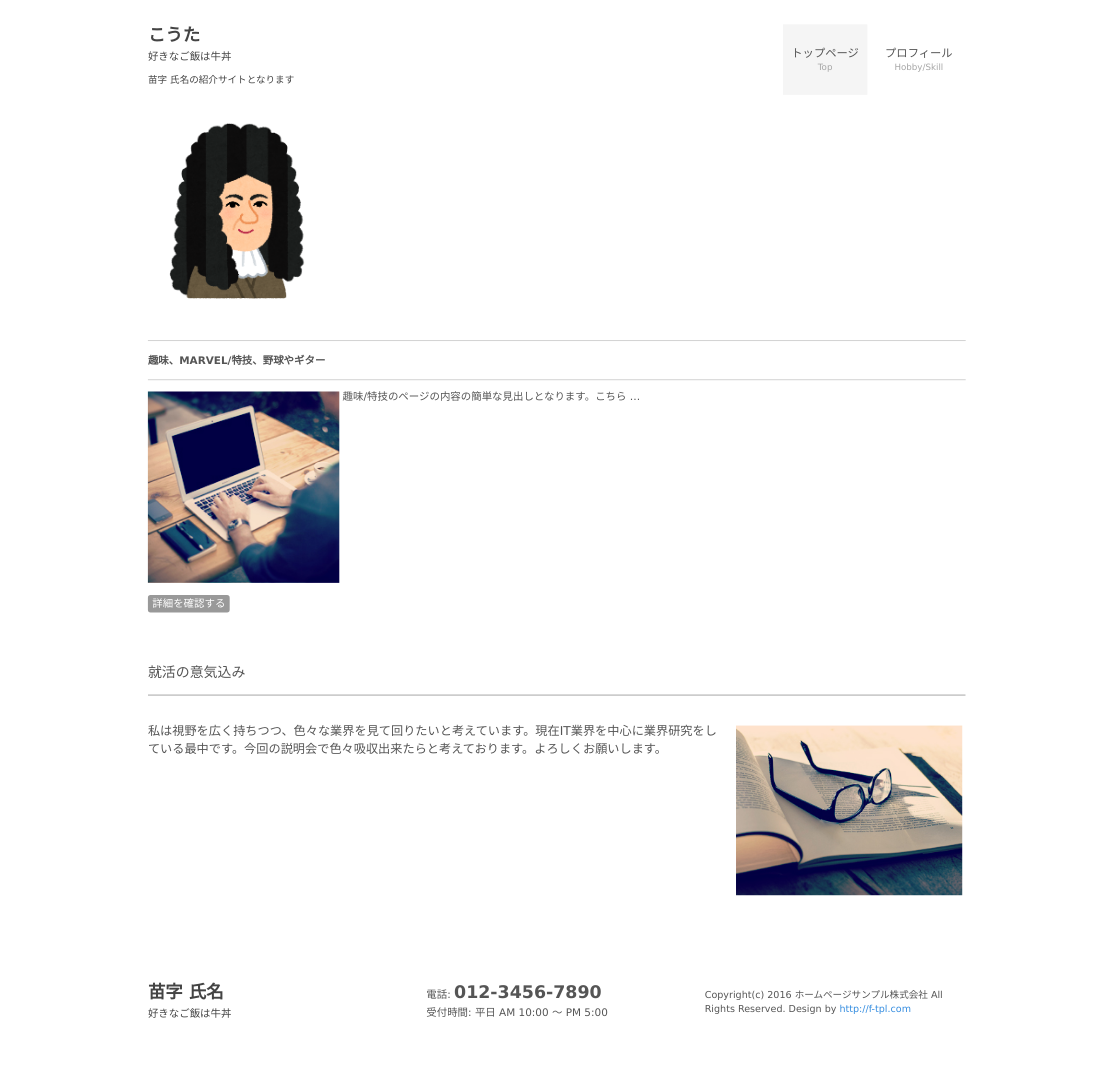
Repository: koutagaim/selfintroduction
Page: index.html
An editor plug-in stored every save of this project. The page is shown before and after the next save, followed by the edit.
The browser window is 1280 px wide. The pictures show the whole page, at 87% of full size.
Some web libraries are served in a nearby version.

Above is the page before, as saved 2022-02-21 17:53:19.

### index.html
<!DOCTYPE html>
<html lang="ja">

<head>
	<meta charset="UTF-8">
	<meta name="viewport" content="width=device-width, user-scalable=yes, maximum-scale=1.0, minimum-scale=1.0">
	<meta name="description" content="苗字氏名の紹介サイトです">
	<title>My Page</title>
	<link rel="profile" href="http://gmpg.org/xfn/11">
	<link rel="stylesheet" type="text/css" media="all" href="style.css">
	<script src="https://ajax.googleapis.com/ajax/libs/jquery/1.4.4/jquery.min.js"></script>
	<script>
		//メニューの展開を操作する為のJavaScript
        $(function(){$("nav div.panel").hide();$(".menu").click(function(){$(this).toggleClass("menuOpen").next().slideToggle();});})
	</script>
</head>

<body>

	<header id="header" role="banner">
		<div class="inner">
			<div class="logo">
				<a href="index.html" title="苗字氏名の紹介サイト" rel="home">こうた<br /><span>好きなご飯は牛丼</span></a>
				<h1>苗字 氏名の紹介サイトとなります</h1>
			</div>
			<nav id="mainNav">
				<div class="inner">
					<a class="menu" id="menu"><span>MENU</span></a>
					<div class="panel">
						<ul id="topnav">
							<li class="current-menu-item"><a href="index.html"><strong>トップページ</strong><br /><span>Top</span></a></li>
							<li><a href=""><strong>プロフィール</strong><br /><span>Hobby/Skill</span></a>
                                <ul class="sub-menu">
                                    <li><a href="hobby_skill.html">趣味/特技</a></li>
                                </ul>
                            </li>
						</ul>
					</div>
				</div>
			</nav>
		</div>
	</header>

	<div id="mainBanner">
		<div class="inner">
			<img src="images/banners/nigaoe_leibniz.png" width="200" height="300" alt="苗字氏名の紹介サイト">
		</div>
	</div>

	<div id="wrapper">
		<section class="gridWrapper">
			<article class="grid">
				<div class="box">
					<h3>趣味、MARVEL/特技、野球やギター</h3>
					<p class="img"><img width="220" height="220" src="images/banners/eyecatch1.jpg" alt="" /></p>
					<p>&nbsp;趣味/特技のページの内容の簡単な見出しとなります。こちら &#8230;</p>
					<p class="readmore"><a href="hobby_skill.html">詳細を確認する</a></p>
				</div>
			</article>
		</section>
		<section id="post-221" class="content">
			<h3 class="heading">就活の意気込み</h3>
			<article class="post">
				<p><img src="images/banners/sample1.jpg" alt="" width="260" height="113" class="alignright" />私は視野を広く持ちつつ、色々な業界を見て回りたいと考えています。現在IT業界を中心に業界研究をしている最中です。今回の説明会で色々吸収出来たらと考えております。よろしくお願いします。</p>
			</article>
		</section>
	</div>

	<footer id="footer">
		<div class="inner">
			<section class="gridWrapper">
				<article class="grid">
					<p class="logo"><a href="index.html" title="苗字氏名の紹介サイト" rel="home">苗字 氏名<br /><span>好きなご飯は牛丼</span></a></p>
				</article>
				<article class="grid">
					<p class="tel"><span>電話:</span> <strong>012-3456-7890</strong></p>
					<p class="open">受付時間: 平日 AM 10:00 〜 PM 5:00</p>
				</article>
				<article class="grid copyright">
					Copyright(c) 2016 ホームページサンプル株式会社 All Rights Reserved. Design by <a href="http://f-tpl.com" target="_blank" rel="nofollow">http://f-tpl.com</a>
				</article>
			</section>
		</div>
	</footer>

</body>
</html>

### style.css
@charset "utf-8";

/* =Reset default browser CSS.
Based on work by Eric Meyer:http://meyerweb.com/eric/tools/css/reset/index.html
-------------------------------------------------------------- */
html, body, div, span, applet, object, iframe, h1, h2, h3, h4, h5, h6, p, blockquote, pre, a, abbr, acronym, address, big, cite, code, del, dfn, em, font, ins, kbd, q, s, samp, small, strike, strong, sub, sup, tt, var, dl, dt, dd, ol, ul, li, fieldset, form, label, legend, table, caption, tbody, tfoot, thead, tr, th, td{border:0;font-family:inherit;font-size:100%;font-style:inherit;font-weight:inherit;margin:0;outline:0;padding:0;vertical-align:baseline;}
:focus{outline:0;}

ol, ul{list-style:none;}
table{border-collapse:separate;border-spacing:0;}
caption, th, td{font-weight:normal;text-align:left;}
blockquote:before, blockquote:after,q:before, q:after{content:"";}
blockquote, q{quotes:"" "";}
a img{border:0;}
figure{margin:0}
article, aside, details, figcaption, figure, footer, header, hgroup, menu, nav, section{display:block;}
/* -------------------------------------------------------------- */

body{
color:#555;
font:12px verdana,"ヒラギノ丸ゴ ProN W4","Hiragino Maru Gothic ProN","メイリオ","Meiryo","ＭＳ Ｐゴシック","MS PGothic",Sans-Serif;
line-height:1.5;
background:#fff;
-webkit-text-size-adjust:100%;
}

/* リンク設定
------------------------------------------------------------*/
a{color:#358de0;text-decoration:none;}
a:hover{color:#429bef;}
a:active, a:focus{outline:0;}


/* 全体
------------------------------------------------------------*/
#wrapper{
margin:20px auto 0;
padding:0 1%;
width:98%;
position:relative;
}

.inner{
margin:0 auto;
width:100%;
}


/*************
/* ヘッダー
*************/
#header{
z-index:100;
margin:20px 0 28px;
}

#header:after{
content:"";
display: block;
clear:both;
visibility:hidden;
}

#header h1{
font-size:12px;
font-weight:normal;
}

/*************
/* ロゴ
*************/
#header .logo{
float:left;
padding:10px 0 0;
}

.logo a{
font-size:20px;
color:#444;
font-weight:bold;
line-height:1;
}

.logo span{
font-size:12px;
font-weight:normal;
}

#header h1{
font-size:11px;
color:#444;
margin:10px 0 0;
}


/**************************
/* メイン画像（トップページ）
**************************/
#mainBanner{
margin:0 auto;
padding:0;
width:100%;
line-height:0;
}

#mainBanner .inner{position:relative;}

#mainBanner img{
max-width:100%;
height:auto;
}

.slogan{
position:absolute;
max-width:100%;
height:auto;
bottom:0;
left:0;
padding:5px 10px;
line-height:1.4;
z-index:100;
}

.slogan h2{
padding-bottom:5px;
color:#333;
font-size:20px;
}

.slogan h3{
font-size:14px;
color:#666;
}


/**************************
/* グリッド
**************************/
.gridWrapper{
padding-bottom:20px;
clear:both;
overflow:hidden;
}

.grid h3{
padding:13px 0;
margin-bottom:5px;
font-weight:bold;
border-top:1px solid #ccc;
border-bottom:1px solid #ccc;
}

.grid p{padding:5px 0;}

.grid p.img{
float:left;
margin:3px 0 0 0;
}

.readmore{clear:both;}

.readmore a{
padding:3px 5px;
border-radius:3px;
color:#fff;
background:#999;
}

.readmore a:hover{background:#ccc;}


/* フッター内のグリッド(3カラム) */
#footer .grid{
border:0;
background:transparent;
}

#footer .grid p{padding:0;}


/*************
メイン コンテンツ
*************/
section.content{
padding:10px 0;
margin-bottom:20px;
border-radius:6px;
overflow:hidden;
font-size:14px;
}

section.content p{margin-bottom:5px;}


/* アーカイブページ */
section.content .archive{
padding:20px 0 0;
border-bottom:1px dotted #ccc;
}

section.content p{margin-bottom:5px;}

h3.heading{
padding:3px 0 13px;
margin-bottom:30px;
font-size:16px;
border-bottom:2px solid #ccc;
}

section.content img{
max-width:90%;
height:auto;
}

.alignleft{
float:left;
clear:left;
margin:3px 10px 10px 0;
}

.alignright{
float:right;
clear:right;
margin:3px 0 10px 10px;
}

.border,ul.list img{border:4px solid #ebebeb;}



/*************
/* フッター
*************/
#footer{
clear:both;
padding:20px 0;
overflow:hidden;
}

.tel strong{
font-size:20px;
font-weight:bold;
}

#footer .copyright{font-size:11px;}


/*************
サブ（フッター前）コンテンツ
*************/
#sub ul{padding:10px;}

#sub li{
margin-bottom:10px;
padding-bottom:10px;
border-bottom:1px dashed #ebebeb;
}

#sub li:last-child{
border:0;
margin-bottom:0;
}

#sub li a{
color:#555;
display:block;
}

#sub li a:hover{
color:#a5a5a5;
}

#sub ul.list{padding-bottom:7px;}

#sub ul.list li{
clear:both;
margin-bottom:5px;
padding:5px 0;
overflow:hidden;
}

#sub ul.list li img{
float:left;
margin-right:10px;
}

#sub ul.list li{
font-size:12px;
line-height:1.35;
}

#sub .grid h3{border-radius:0;}


/* page navigation
------------------------------------------------------------*/
.pagenav{
clear:both;
width:100%;
height:30px;
margin:5px 0 20px;
}

.pagenav a{
color:#555;
}

.pagenav a:hover{
color:#a5a5a5;
}

.prev{float:left}
.next{float:right;}

#pageLinks{
clear:both;
text-align:center;
}


/* タイポグラフィ
*****************************************************/
.dateLabel{
margin:0 0 10px;
text-align:right;
font:italic 1em "Palatino Linotype", "Book Antiqua", Palatino, serif;
}

.post p{padding-bottom:15px;}

.post ul{margin:0 0 10px 10px;}

.post ul li{
margin-bottom:5px;
padding-left:15px;
background:url(images/bullet.png) no-repeat 0 8px;
}

.post ol{margin:0 0 10px 30px;}

.post ol li{list-style:decimal;}

.post h1{
margin:20px 0;
padding:5px 0;
font-size:150%;
color:#000;
border-bottom:3px solid #f0f0f0;
}

.post h2{
margin:10px 0;
padding-bottom:2px;
font-size:130%;
font-weight:normal;
color:#333;
border-bottom:2px solid #f0f0f0;
}

.post h3{
margin:10px 0 30px;
padding-bottom:10px;
font-size:110%;
font-weight:normal;
color:#777;
border-bottom:2px solid #f0f0f0;
}

.post blockquote{
clear:both;
padding:10px 0 10px 15px;
margin:10px 0 25px 30px;
border-left:5px solid #ccc;
}

.post blockquote p{padding:5px 0;}

.post table{
border-collapse:collapse;
margin:10px 0;
}

.post table th,.post table td{
padding:12px;
border:1px solid #ccc;
}

.post table th{
text-align:right;
font-weight:bold;
letter-spacing:1px;
white-space:nowrap;
background:#eee;
}

.post dt{font-weight:bold;}

.post dd{padding-bottom:10px;}

.post img{max-width:100%;height:auto;}

img.aligncenter{
display:block;
margin:5px auto;
}

img.alignright, img.alignleft{
padding:4px;
margin:0 0 2px 7px;
display:inline;
}

img.alignleft{margin:0 7px 2px 0;}

.alignright{float:right;}
.alignleft{float:left;}


/* PC用
------------------------------------------------------------*/
@media only screen and (min-width:960px){
#wrapper,.inner{
width:940px;
padding:0;
}

#wrapper{padding-bottom:20px;}

/* グリッド全体 */
.gridWrapper{
display:table;
border-collapse:separate;
border-spacing:20px;
margin-left:-20px;
width:980px;
}

/* グリッド共通 ベース:トップページ4カラム */
.grid{
width:220px;
display:table-cell;
}

#sub.gridWrapper{width:980px;}

/* サブコンテンツ + フッター グリッド(3カラム) */
#sub .grid, #footer .grid{width:300px;}

/* トップナビゲーション */
nav div.panel{display:block !important;}

a#menu{display:none;}

#topnav{
float:right;
margin-top:-5px;

}

#topnav li{
float:left;
margin:13px 5px 0;
text-align:center;
position:relative;
}

#topnav a{
color:#555;
font-size:13px;
display:block;
padding:25px 10px;
line-height:1.2;
}

#topnav span{
font-size:10px;
color:#a5a5a5;
}

#topnav li.current-menu-item a,#topnav a:hover{
background:#f5f5f5;
}

#topnav ul{
width:160px;
display:none;
}

#topnav li:hover ul{
display:block;
position:absolute;
top:80px;
left:0;
z-index:500;
}

#topnav li li{
margin:0;
float:none;
width:160px;
text-align:left;
background:#f4f4f4;
}

#topnav li li a{
padding:10px;
border:0;
}

#topnav li.current-menu-item li a,#topnav li li a{
border-bottom-width:1px;
}

#topnav li li.current-menu-item a,#topnav li li a:hover{
padding-bottom:10px;
border-bottom-width:3px;
background:#eee;
}
}

@media only screen and (max-width:959px){
*{
    -webkit-box-sizing: border-box;
       -moz-box-sizing: border-box;
         -o-box-sizing: border-box;
        -ms-box-sizing: border-box;
            box-sizing: border-box;
}

#header h1{text-align:center;}

#header .logo,#footer .logo{
float:none;
text-align:center;
padding:10px 5px;
}

/* トップナビゲーション */
nav#mainNav{
clear:both;
width:100%;
margin:0 auto;
padding:0;
background: -webkit-gradient(linear, left top, left bottom, color-stop(1, #f4f4f4), color-stop(0.00, #f4f4f4));
background: -webkit-linear-gradient(top, #f4f4f4 0%, #f4f4f4 100%);
background: -moz-linear-gradient(top, #f4f4f4 0%, #f4f4f4 100%);
background: -o-linear-gradient(top, #f4f4f4 0%, #f4f4f4 100%);
background: -ms-linear-gradient(top, #f4f4f4 0%, #f4f4f4 100%);
background: linear-gradient(top, #f4f4f4 0%, #f4f4f4 100%);
}

nav#mainNav a.menu{
width:100%;
display:block;
height:40px;
line-height:40px;
font-weight: bold;
text-align:left;
color:#555;
}

nav#mainNav a#menu span{padding-left:10px;}
nav#mainNav a span:before{content:"≡ ";}
nav#mainNav a.menuOpen span:before{content:"× ";}

nav#mainNav a#menu:hover{cursor:pointer;}

nav .panel{
display:none;
width:100%;
position:relative;
right:0;
top:0;
z-index:1;
}

nav#mainNav ul{margin:0;padding:0;}

  nav#mainNav ul li{
float:none;
clear:both;
width:100%;
height:auto;
line-height:1.2;
}

nav#mainNav ul li a,nav#mainNav ul li.current-menu-item li a{
display: block;
padding:15px 10px;
text-align:left;
border-bottom:1px dashed #e8e8e8;
color:#555;
}

nav#mainNav ul li a span{padding-left:10px;}
nav#mainNav ul li:first-child a{border-top:1px dashed #e8e8e8;}

nav#mainNav ul li:last-child a{border:0;}
nav#mainNav ul li li:last-child a{border:0;}
nav#mainNav ul li li:last-child a{border-bottom:1px dashed #e8e8e8;}

nav#mainNav ul li.current-menu-item a,nav#mainNav ul li a:hover,nav#mainNav ul li.current-menu-item a,nav#mainNav ul li a:active, nav#mainNav ul li li.current-menu-item a, nav#mainNav ul li.current-menu-item li a:hover, nav#mainNav ul li.current-menu-item li a:active{
background:#eee;
}

nav div.panel{float:none;}

nav#mainNav ul li li{
float:left;
border:0;
}

nav#mainNav ul li li a, nav#mainNav ul li.current-menu-item li a, nav#mainNav ul li li.current-menu-item a{
padding-left:40px;
background:url(images/sub1.png) no-repeat 20px -62px;
}

nav#mainNav ul li li.current-menu-item a,nav#mainNav ul li li a:hover, nav#mainNav ul li.current-menu-item li a:hover{background:#eee url(images/sub1.png) no-repeat 20px -62px;}

nav#mainNav ul li li:last-child a{background:#f4f4f4 url(images/subLast.png) no-repeat 20px -65px;}
nav#mainNav ul li li:last-child.current-menu-item a,nav#mainNav ul li li:last-child a:hover,nav#mainNav ul li.current-menu-item li:last-child a:hover{background:#eee url(images/subLast.png) no-repeat 20px -65px;}

.grid{
float:left;
width:48%;
margin:10px 2% 0 0;
}

.grid img{
float:left;
margin-right:5px;
}

#sub .grid{
width:32%;
margin:10px 1%;
}

#sub .grid:first-child{
margin-left:0;
}

#sub .grid:last-child{
margin-right:0;
}

#footer .grid, #footer .grid p{
float:none;
width:100%;
text-align:center;
border:0;
}

#footer .grid:last-child{padding-top:20px;}
}

@media only screen and (max-width:768px){
  #header{padding-bottom:0;}
#header h1{text-align:center;}

#header .logo{
float:none;
text-align:center;
padding:10px 5px 20px;
}

#sub ul.list{padding:10px 10px 11px;}

#sub ul.list li{padding-bottom:10px;margin-bottom:8px;}
}


@media only screen and (max-width:640px){
#footer .grid p{text-align:center;}

.grid img{float:none;margin:20px auto 10px;max-width:100%;height:auto;}

.grid p,#sub .grid li{text-align:left;}

  .alignleft,.alignright{float:none;display:block;margin:0 auto 10px;}
}


@media only screen and (max-width:480px){
#mainBanner h2,#mainBanner h3{font-size:80%;}

#sub .grid{
float:none;
width:98%;
}

#sub .grid h3{padding:10px 5px;}
}

After the next save:
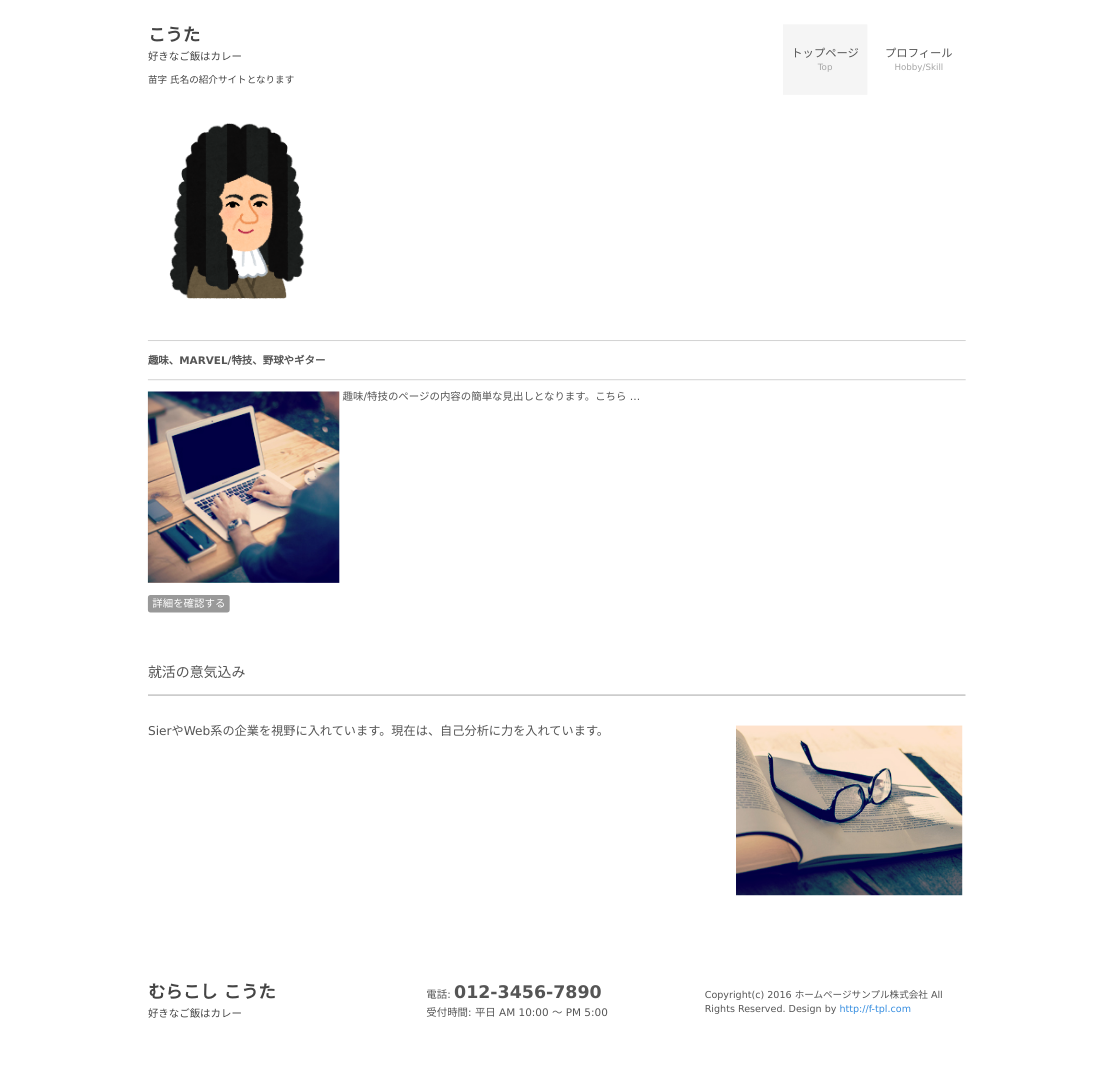
Saved 6 min 10 s later.
--- a/index.html
+++ b/index.html
@@ -20,7 +20,7 @@
 	<header id="header" role="banner">
 		<div class="inner">
 			<div class="logo">
-				<a href="index.html" title="苗字氏名の紹介サイト" rel="home">こうた<br /><span>好きなご飯は牛丼</span></a>
+				<a href="index.html" title="苗字氏名の紹介サイト" rel="home">こうた<br /><span>好きなご飯はカレー</span></a>
 				<h1>苗字 氏名の紹介サイトとなります</h1>
 			</div>
 			<nav id="mainNav">
@@ -61,7 +61,7 @@
 		<section id="post-221" class="content">
 			<h3 class="heading">就活の意気込み</h3>
 			<article class="post">
-				<p><img src="images/banners/sample1.jpg" alt="" width="260" height="113" class="alignright" />私は視野を広く持ちつつ、色々な業界を見て回りたいと考えています。現在IT業界を中心に業界研究をしている最中です。今回の説明会で色々吸収出来たらと考えております。よろしくお願いします。</p>
+				<p><img src="images/banners/sample1.jpg" alt="" width="260" height="113" class="alignright" />SierやWeb系の企業を視野に入れています。現在は、自己分析に力を入れています。</p>
 			</article>
 		</section>
 	</div>
@@ -70,7 +70,7 @@
 		<div class="inner">
 			<section class="gridWrapper">
 				<article class="grid">
-					<p class="logo"><a href="index.html" title="苗字氏名の紹介サイト" rel="home">苗字 氏名<br /><span>好きなご飯は牛丼</span></a></p>
+					<p class="logo"><a href="index.html" title="苗字氏名の紹介サイト" rel="home">むらこし こうた<br /><span>好きなご飯はカレー</span></a></p>
 				</article>
 				<article class="grid">
 					<p class="tel"><span>電話:</span> <strong>012-3456-7890</strong></p>
